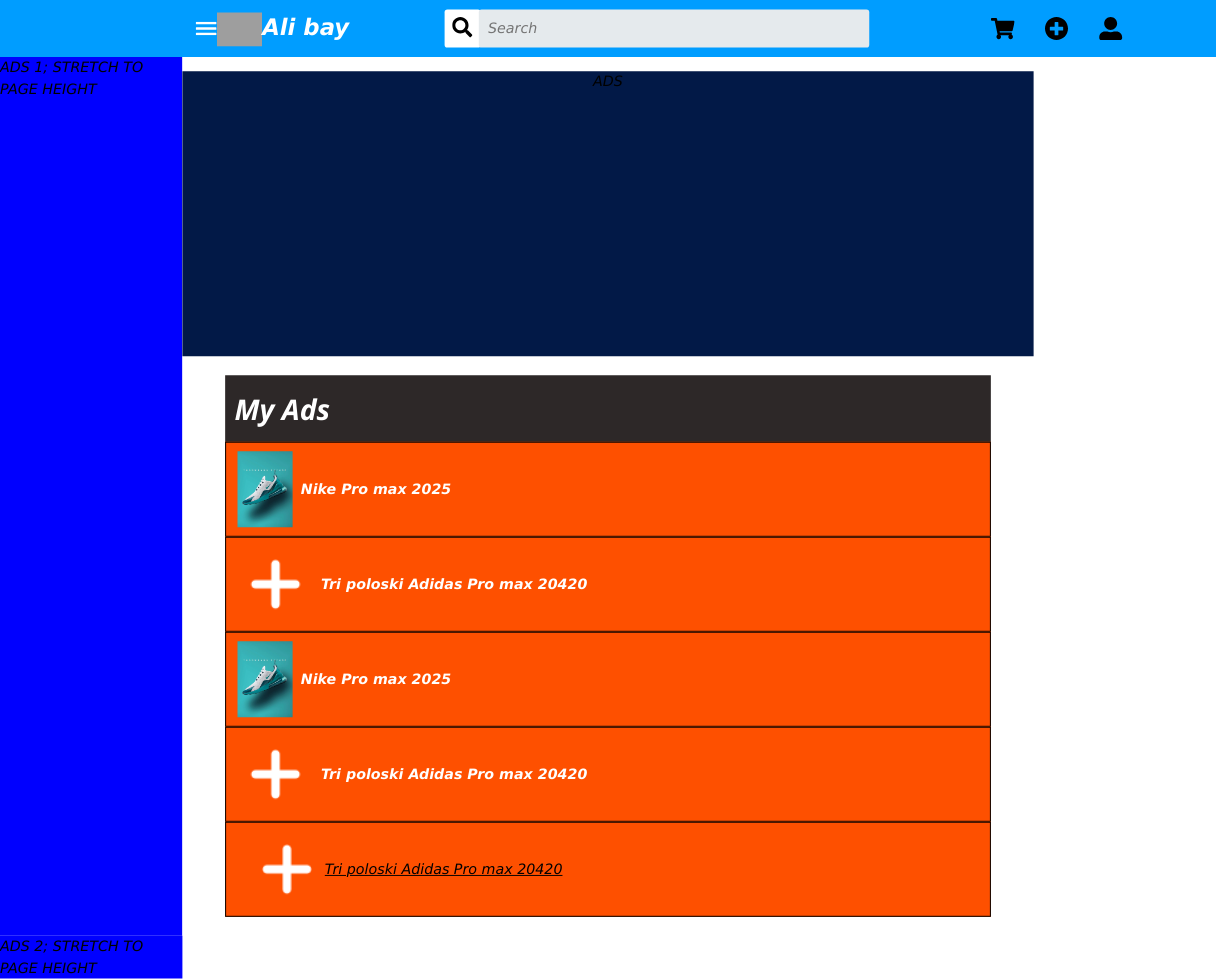
Repository: Aramys21/alibay-site
Page: public/ad_list.html
The author's editor kept a copy of each file at every save. The page is drawn from the files as they stood at one save, then again after the next save.
The browser window is 1280 px wide. The pictures show the whole page, at 95% of full size.
Pictures or frames that could not be fetched are drawn as grey boxes.

Above is the page before, as saved 2023-04-05 00:56:55.

### public/ad_list.html
<!DOCTYPE html>
<html>
  <head>
	<link rel="stylesheet" href="src/css/w3.css">
	<link rel="stylesheet" href="src/css/style.css">
	<link rel="stylesheet" href="src/css/style4.css">
    <title>Ads List Page</title>
  </head>
  <body>
	<div class="w3-sidebar w3-bar-block w3-card w3-animate-left side-bar" style="display:none" id="mySidebar">
		<!-- Side bar Menu -->
		<div class="sidebar-language">
			<button class="w3-bar-item w3-button w3-xlarge sidebar">ENG</button>
			<button class="w3-bar-item w3-button w3-xlarge sidebar">FR</button>
			<button class="w3-bar-item w3-button w3-xlarge sidebar">عربي</button>
		</div>
		<!-- contents of side bar -->
		<a class="w3-bar-item sidebar-title">Compte</a>
		<a href="login.html" class="w3-bar-item sidebar-link"><img class="search-icon" src="src/icons/account-white-icon.svg" style="height:12px;"> Login</a>
		<a href="register.html" class="w3-bar-item sidebar-link"><img class="search-icon" src="src/icons/account-add-icon.svg" style="height:12px;"> Register</a>
		<!-- separator -->
		<a class="w3-bar-item sidebar-title">Categories</a>
		<a href="#" class="w3-bar-item sidebar-link"><img class="search-icon" src="src/icons/perfume-icon.svg" style="height:18px;"> Cosmetique et beauté</a>
		<a href="#" class="w3-bar-item sidebar-link"><img class="search-icon" src="src/icons/watch-icon.svg" style="height:18px;"> Accessoire de mode</a>
		<a href="#" class="w3-bar-item sidebar-link"><img class="search-icon" src="src/icons/car-icon.svg" style="height:18px;"> Véhicules</a>
		<a href="#" class="w3-bar-item sidebar-link"><img class="search-icon" src="src/icons/battery-icon.svg" style="height:18px;"> piéces détachées</a>
		<a href="#" class="w3-bar-item sidebar-link"><img class="search-icon" src="src/icons/android-icon.svg" style="height:18px;"> Téléphones</a>
		<a href="#" class="w3-bar-item sidebar-link"><img class="search-icon" src="src/icons/headphones-icon.svg" style="height:18px;"> Accessoires de téléphones</a>
		<a href="#" class="w3-bar-item sidebar-link"><img class="search-icon" src="src/icons/appliance-icon.svg" style="height:18px;"> Electronique et electroménager</a>
		<a href="vetements.html" class="w3-bar-item sidebar-link"><img class="search-icon" src="src/icons/clothes-icon.svg" style="height:18px;"> Vétements</a>
	</div>

   <div id="navbar" class="navbar">
		<a href="#" id="openNav" class="w3-large navbar-first" onclick="menu_click()"><svg width="22" height="14" viewBox="0 0 22 14" fill="none" xmlns="http://www.w3.org/2000/svg">
			<path d="M0.785714 2.57143H21.2143C21.6482 2.57143 22 2.31561 22 2V0.571429C22 0.255821 21.6482 0 21.2143 0H0.785714C0.351754 0 0 0.255821 0 0.571429V2C0 2.31561 0.351754 2.57143 0.785714 2.57143ZM0.785714 8.28571H21.2143C21.6482 8.28571 22 8.02989 22 7.71429V6.28571C22 5.97011 21.6482 5.71429 21.2143 5.71429H0.785714C0.351754 5.71429 0 5.97011 0 6.28571V7.71429C0 8.02989 0.351754 8.28571 0.785714 8.28571ZM0.785714 14H21.2143C21.6482 14 22 13.7442 22 13.4286V12C22 11.6844 21.6482 11.4286 21.2143 11.4286H0.785714C0.351754 11.4286 0 11.6844 0 12V13.4286C0 13.7442 0.351754 14 0.785714 14Z" fill="white"/>
			</svg>
			</a>
		<div class="navbar__logo"><a href="home.html"><img src="src/images/logo-ab.png" style="width:8%;height:auto;"/>Ali bay</a></div>
		<div class="navbar__search">
		<a class="search-icon-link" href="#"><img class="search-icon" src="src/icons/search-icon.svg" style="width:22px;"></a>
		<input type="text" placeholder="Search" class="navbar__search__input"/>
		</div>
		<div class="navbar__links">


			<div class="dropdown">
				<a href="#" class="dropbtn"><img class="nav-icons" src="src/icons/cart-icon.svg"></a>
				<div id="dropdown-cart" class="dropdown-content">
					<p>My Cart</p>
					<a href="#"><img class="search-icon" src="src/icons/clothes-icon.svg"> Link 1</a>
					<a href="#"><img class="search-icon" src="src/icons/watch-icon.svg"> Link 2</a>
					<a href="#"><img class="search-icon" src="src/icons/appliance-icon.svg"> Link 3</a>
				</div>
			</div>

			<div class="dropdown">
				<a href="ad_list.html" class="dropbtn"><img class="nav-icons" src="src/icons/add-icon.svg"></a>
			</div>

			<div class="dropdown">
				<a href="#" class="dropbtn"><img class="nav-icons" src="src/icons/account-icon.svg"></a>
				<div id="dropdown-acc" class="dropdown-content">
					<p>My Account</p>
					<div class="dropdown-acc-info-container">
						<div class="dropdown-acc-icon"><img id="dropdown-account-icon" src="src/icons/account-icon.svg"></div>
						<a id="dropdown-acc-username">WexDex</a>
					</div>

					<a href="#">Disconnect</a>
				</div>
			</div>

      </div>
    </div>
	<script>
		function menu_click() {
		  if (document.getElementById("mySidebar").style.display === "none") {
			  document.getElementById("mySidebar").style.left = "0";
			  document.getElementById("mySidebar").style.width = "15%";
			  document.getElementById("mySidebar").style.display = "block";
		  }
		  else {
			  document.getElementById("mySidebar").style.display = "none";
		  }
		}
		function w3_close() {
			  document.getElementById("mySidebar").style.display = "none";
		}
	</script>

	<!-- Body Start -->
	<div id="container" style="display:flex;">
	<div class="left">ADS 1; STRETCH TO PAGE HEIGHT</div>
	<div class="main">
		<!-- ADS -->
		<div class="ad-box">
			<p>ADS</p>
		</div>
		<!-- main content -->

		<div class="list-container">
			<div class="list-label"><h2>My Ads</h2></div>
			<!-- Item list -->

			<!-- Single item start -->
			<div class="list-item">
				<a><img src="src/images/ades (1).png"></a>
				<a>Nike Pro max 2025</a>
			</div>
			<!-- single item end -->

			<!-- Single item start -->
			<div class="list-item">
				<a><img src="src/images/ades (2).png"></a>
				<a>Tri poloski Adidas Pro max 20420</a>
			</div>
			<!-- single item end -->

			<!-- Single item start -->
			<div class="list-item">
				<a><img src="src/images/ades (1).png"></a>
				<a>Nike Pro max 2025</a>
			</div>
			<!-- single item end -->

			<!-- Single item start -->
			<div class="list-item">
				<a><img src="src/images/ades (2).png"></a>
				<a>Tri poloski Adidas Pro max 20420</a>
			</div>
			<!-- single item end -->
			<!-- Single item start -->
			<a href="#" class="list-item-a">
				<div class="list-item">
				<img src="src/images/ades (2).png">
				Tri poloski Adidas Pro max 20420
			</div>
		</a>
			<!-- single item end -->


		</div>
		</div>


	</div>
		<div class="right">ADS 2; STRETCH TO PAGE HEIGHT</div>
	</div>

	<a href="#" class="back-to-top"></a>
	<script>
		const backToTopButton = document.querySelector('.back-to-top');

		window.addEventListener('scroll', () => {
		  if (window.scrollY > 200) {
			backToTopButton.classList.add('show');
		  } else {
			backToTopButton.classList.remove('show');
		  }
		});

		backToTopButton.addEventListener('click', () => {
		  window.scrollTo({ top: 0, behavior: 'smooth' });
		});

	</script>
  </body>
</html>

### public/src/css/style.css
html,
body {

  font-style: italic;
}

/* Style for the navbar */
  .navbar {
	display: flex;
	justify-content: space-between;
	align-items: center;
	background-color: #009dff;
	color: #fff;
	padding: 10px;
	height: 60px;
  }
  .navbar__logo a {
	font-size: 24px;
	font-weight: bold;
	display: inline;
	color: #fff;
	text-decoration: none;

  }
  .navbar__logo img {
	  width:20% !important;
  }
  .navbar-first {
	  margin-left: 15%;
  }
  .navbar__logo {
	  display: inline;
	  width: 30%;
  }
  .navbar__search {
	  display: flex;
	  width:70%;
  }

  .navbar__search__input {
	/* margin: 0 20px; */
	margin-left: -2px;
	height: 40px;
	border-radius: 3px;
	border: none;
	padding: 0 10px;
	z-index: 1;
  }

  input[type="text"].navbar__search__input {
	margin-right: 20%;
	width: 100% !important;
	background-color: #e5eaed;
  }
  .search-icon-link {
	padding-top: 7px;
	background-color: #ffffff;
	border-radius: 3px;
	border: none;
	padding-left: 8px;
	padding-right: 8px;
  }

  .navbar__links {
	display: flex;
	margin-right: 5%;
  }
  .navbar__links a {
	color: #000;
	text-decoration: none;
	margin-right: 30px;
	font-size: 20px;
	margin-right: 50px;
  }
  .navbar__links a:last-child {
	margin-right: 0;
  }


  .nav-icons {
	  fill: black;
	  color: black;
  }

.side-bar {
	transition: 0.5s;
	background-color: #009dff;
	color: #fff;
}

#navbar {
  transition: margin-left .5s;
  padding: 20px;
}

@media screen and (max-height: 450px) {
  .navbar {padding-top: 15px;}
  .navbar a {font-size: 18px;}
}

/* Drop down */

.dropdown {
  float: left;
  overflow: hidden;
}

.dropdown .dropbtn {
  font-size: 16px;
  border: none;
  outline: none;
  color: white;
  padding: 14px 16px;
  background-color: inherit;
  font-family: inherit;
  margin: 0;
}

.navbar a:hover, .dropdown:hover .dropbtn {

}

.dropdown-content {
  display: none;
  position: absolute;
  background-color: #f9f9f9;
  box-shadow: 0px 8px 16px 0px rgba(0,0,0,0.2);
  z-index: 1;
  right : 10px;
}
#dropdown-cart {
	min-width: 400px;
}
#dropdown-acc {
	min-width: 250px;
}

.dropdown-acc-info-container {
	display: flex;
	align-items: center;
	background-color: #2D2828;
}
.dropdown-acc-info-container a {
	color: white;
	font-size: 20px;

}

.dropdown-acc-icon {
  display: flex;
  justify-content: center;
  align-items: center;
  width: 70px;
  height: 70px !important;
  border-radius: 50%;
  background-color: #FE5000;
  margin-bottom: 5px;
  color: white;
  margin: 5px;
}

.dropdown-acc-icon img {
	fill: #fff;
	color: #fff;
}

.dropdown-content a:not([id="dropdown-acc-username"]),.dropdown-content p,.dropdown-content img {
  float: none;
  color: #fff;
  padding: 6px 10px;
  text-decoration: none;
  display: flex;
  text-align: left;
  margin-right: 0;
  background-color: #FE5000;
}
.dropdown-content img {
	background-color: transparent;
}
.dropdown-content a {
	display: flex;
}

.dropdown-content p {
	background-color: #2D2828;
	margin-bottom: 0;
	margin-top: 0;
	font-size: 20px;
	color: #fff;
}
#dropdown-acc p {
	background-color: #000;
}

.dropdown-content a:hover:not([id="dropdown-acc-username"]),.dropdown-content img:hover {
  background-color: #942B0A;
}
#dropdown-account-icon:hover {
	background-color: transparent;
}

.dropdown:hover .dropdown-content {
  display: block;
}

/* Sidebar */

.sidebar-language button {
	width: 34%;
	font-size: 20px;
}
.sidebar-language {
	display: flex;
	background-color: #0077ff;
	color: #fff;
}
a.sidebar-title, a.sidebar-link {
	text-decoration: none;
}
a.sidebar-link {
	margin-left: 5%;
}
a.sidebar-link:hover {
	background-color: #942B0A;
}


/* Body Structure */
.container {
  justify-content: center;
  align-items: center;
}
.left,
.right {
  display:flex;
  /* height: 100%; */
  width: 15%;
}
.left {
  background-color: blue;
}

.right {
  background-color: blue;
}

.main {
  height: 100%;
  background-color: white;
  width: 70%;
}


/* Content */
.ad-box {
	height:300px;
	background-color: #021947;
	text-align: center;
	align-items: middle;
	margin: auto;
	width:100%;

}

.ad-box img {
	color: #000;
	font-size: 40px;
	margin: auto;
  background-size: cover;
  width: 100%;
  height: 100%;

}
.right img{
  width: 100%;
  height: 100%;

}

/* Categories */

.category-links {
	display: flex;
	justify-content: space-between;
	align-items: center;
  justify-content: center;
	background-color: #2D2828;
	height: 250px;
  padding-top: 10px;
	/* padding-left: 5%;
	padding-right: 5%; */
	flex-wrap: wrap;
	width:auto;
	/* margin-left: 15%; */
	/* margin-right: auto; */
}

.category-link {
  display: flex;
  flex-direction: column;
  justify-content: center;
  align-items: center;
  text-align: center;
  width: 100px;
  height: 120px;
  text-decoration: none;
  font-weight: bold;
  font-size: 1.2em;
  margin-right: 10px;
}

.category-icon {
  display: flex;
  justify-content: center;
  align-items: center;
  width: 70px;
  height: 70px !important;
  border-radius: 50%;
  background-color: #009dff;
  margin-bottom: 5px;
  color: white;
}
.category-icon.active-category {
  background-color: #8CBE39;
}

.category-icon img {
	fill: #fff;
	color: #fff;
}
.icn{
color: #fff;
fill: #fff;
height: 75% ;
}
.category-text {
  display: flex;
  text-overflow: ellipsis;
  overflow: hidden;
  word-wrap: break-word;
  color: white;
  font-size: 1rem;
  height: 50px;
}
/* Filter Bar */
.filter-container {
	/* width: 80%; */
	margin: auto;
	margin-top: 20px;
	display: flex;
	justify-content: center;
}
.filter-bar {
	display: flex;
	width: 40%;
	margin-right: 10%;
}
.filter-bar input {
	width: 100%;
	background-color: #009dff;
	border: none;
	color: white;
	border-top-left-radius: 5px;
	border-bottom-left-radius: 5px;
}

.filter-search-icon-link {
	padding: 8px;
	background-color: #08024f;
	border-top-right-radius: 3px;
	border-bottom-right-radius: 3px;
	border: none;
  }
/* Filter Dropdown */
.filter-dropdown {
  position: relative;
  display: inline-block;
}

.filter-btn {
  background-color: #009dff;
  color: white;
  padding: 10px;
  border: none;
  cursor: pointer;
  border-radius: 15px;
  font-size: 18px;
}

.filter-content {
  display: none;
  position: absolute;
  background-color: #009dff;
  min-width: 200px;
  z-index: 1;
  padding: 10px;
  box-shadow: 0px 8px 16px 0px rgba(0,0,0,0.2);
  border: black solid 1px;
}
.filter-content select,.filter-content input {
	background-color: #2D2828;
	color: white;
}

.filter-content form {
  margin: 0;
}

.filter-content label {
  display: block;
  font-weight: bold;
  margin-bottom: 5px;
}

.filter-content select, .filter-content input {
  display: block;
  margin-bottom: 10px;
  width: 100%;
  padding: 5px;
  border: 1px solid #ccc;
  border-radius: 4px;
  box-sizing: border-box;
}

.filter-content button[type=submit] {
  background-color: #4CAF50;
  color: white;
  border: none;
  padding: 10px;
  cursor: pointer;
}

.filter-dropdown:hover .filter-content {
  display: block;
}


/* Products List */
.product-list {
	display: flex;
	flex-wrap: wrap;
	justify-content: space-between;
	padding-left: 10%;
	padding-right: 10%;
	padding-top: 5%;
	width:100%;
}

.product-card {
  width: calc((100% / 3) - 20px);
  margin-bottom: 20px;
  box-shadow: 0 0 5px rgba(0, 0, 0, 0.2);
  border-radius: 5px;
  overflow: hidden;
  background-color: #006afe;
}

.product-card-img {
  display: block;
  width: 100%;
  height: 350px;
}

.product-card h2 {
  font-size: 1.2em;
  margin: 10px;
}

.product-card p {
  font-size: 0.9em;
  margin: 10px;
  color: #555;
}

.product-icons {
	display: flex;
	align-items: center;
	width: 50%;
}

.product-card a.card-icon-links {
  margin-left: 20px;
  padding: 20px 0px;
  border: none;
  color: white;
  font-weight: bold;
  border-radius: 5px;
  cursor: pointer;
}

.card-icons img {
	width: 33%;
	height: 33%;
}

/* Back to Top button */
.back-to-top {
  display: none;
  position: fixed;
  bottom: 20px;
  right: 20px;
  width: 50px;
  height: 50px;
  background-color: #007bff;
  color: white;
  border-radius: 50%;
  text-align: center;
  line-height: 50px;
  font-size: 24px;
  cursor: pointer;
  z-index: 9999;
  transition: opacity 0.4s ease-in-out;
  text-decoration: none;
}

.back-to-top:before {
  content: "\2191";
  font-family: Arial, sans-serif;
  font-weight: bold;
}

.back-to-top:hover {
  opacity: 0.8;
}

.back-to-top.active {
  display: block;
}


.back-to-top.show {
  display: block;
  opacity: 1;
}

### public/src/css/style4.css
.list-container {
	width: 90%;
	background-color: #2D2828;
	margin: auto;
	margin-top: 20px;
	margin-bottom: 20px;
}

.list-label {
	min-height: 70px;
	max-height: 70px;
	display: flex;
    align-items: center;
}

.list-item {
	min-height: 100px;
	max-height: 100px;
	display: flex;
    align-items: center;
	background-color: #FE5000;

	border: black solid 1px;
}

a.list-item {
	min-height: 100px;
	max-height: 100px;
	display: flex;
    align-items: center;
	background-color: #FE5000;

	border: black solid 1px;
}

.list-item img {
	height: 80px;
	margin-left: 3%;
}

.list-container h2 {
	color: white;
	font-weight: bold;
	margin-left: 10px;
}
a.link-list-item {
	background-color:green;
}
.list-item a {
	color: white;
	font-size: 30;
	font-weight: bold;
	margin-left: 10px;
}
link-item-list-full {
	width: 100%;
}

Loaded but not shown: public/src/css/w3.css (library)

After the next save:
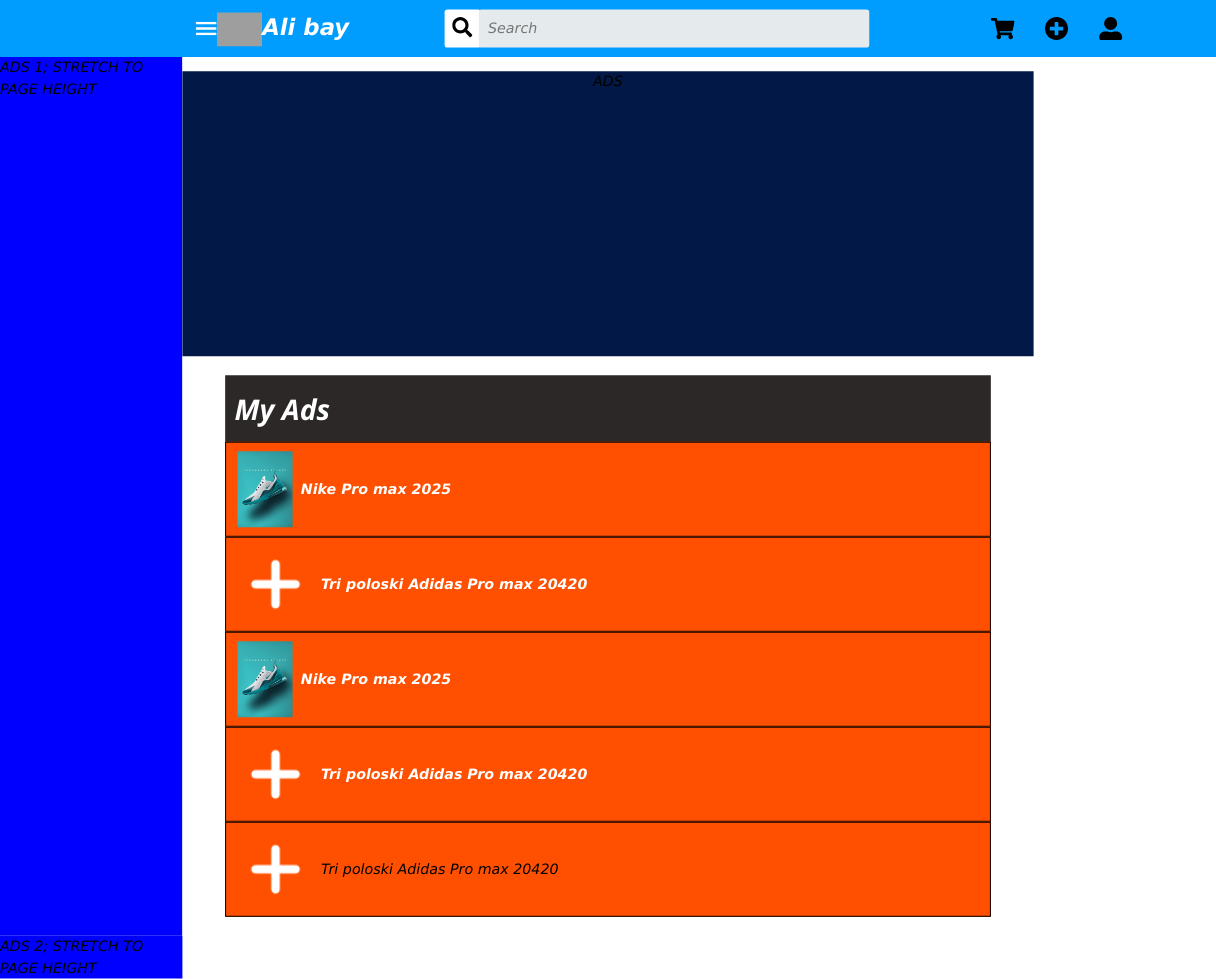
Saved 8 s later.
--- a/public/ad_list.html
+++ b/public/ad_list.html
@@ -133,7 +133,7 @@
 			<a href="#" class="list-item-a">
 				<div class="list-item">
 				<img src="src/images/ades (2).png">
-				Tri poloski Adidas Pro max 20420
+				<a></a>Tri poloski Adidas Pro max 20420
 			</div>
 		</a>
 			<!-- single item end -->
